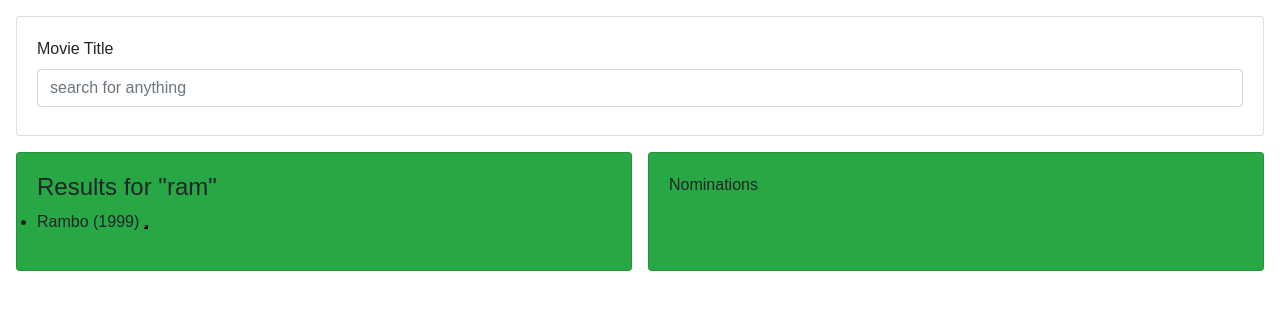
Repository: akinsikuoluwafemi/shoppies-movie-collection
Page: /
The author's editor kept a copy of each file at every save. The page is drawn from the files as they stood at one save, then again after a run of saves.
The browser window is 1280 px wide. The pictures show the whole page.
The project was rebuilt for these pictures with package versions that can differ from the ones it lists, and the page was loaded fresh each time. Also part of the build but not shown: src/App.css.

Above is the page before, as saved 2021-01-10 09:02:58.

After the next 2 saves:
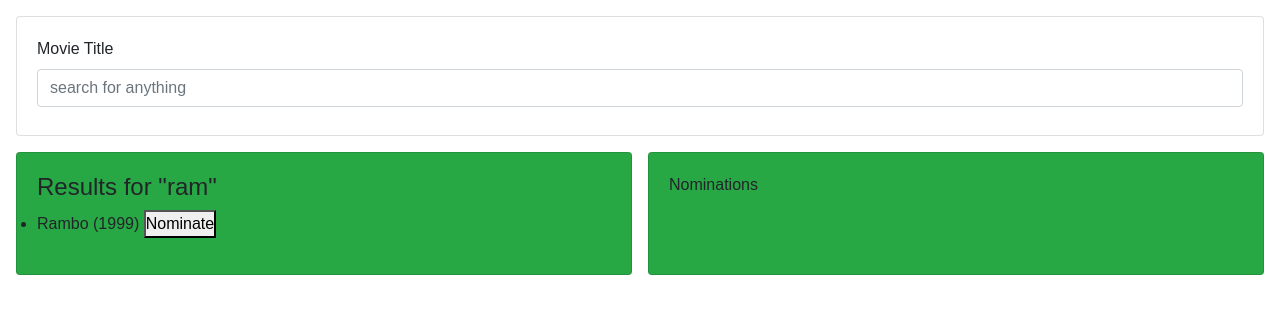
The 2 saves are shown as one change because they came seconds apart.
The last was saved 7 s later.
--- a/src/components/SearchResults.js
+++ b/src/components/SearchResults.js
@@ -7,7 +7,7 @@ export default function SearchResults() {
         <CardWrapper>
             <h4>Results for "ram"</h4>
             <ul>
-                <li>Rambo (1999) <button></button></li>
+                <li>Rambo (1999) <button>Nominate</button></li>
             </ul>
       </CardWrapper>
     );
